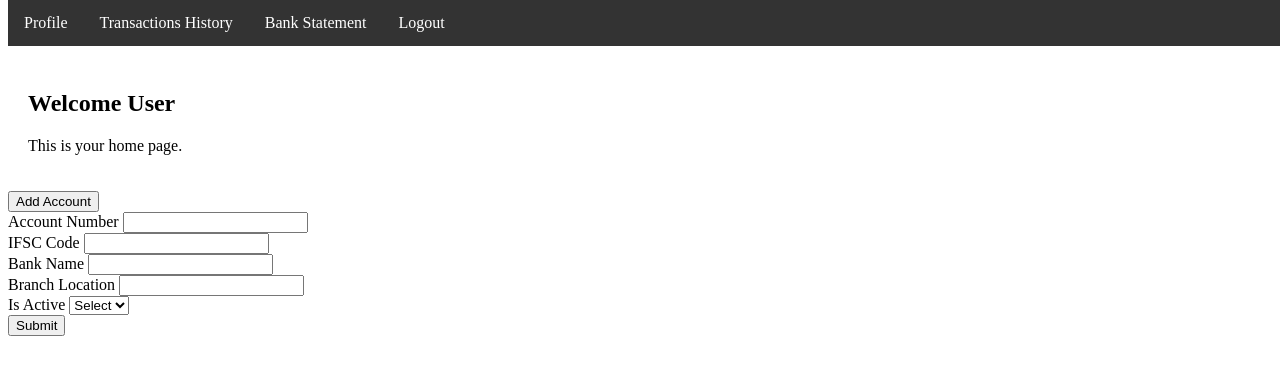
Repository: Yernaidu-laveti/paymentapp
Page: http://localhost/springpaymentapp/WEB-INF/views/index.jsp
These files come from the project's save history. The page is drawn as it stood at one moment and after the next save; the edit follows.
The browser window is 1280 px wide. The pictures show the whole page.
The page is served by Tomcat 10. Nobody is signed in. Other server files are loaded and not shown. The template is opened directly, without the code that normally fills it, so the values that code supplies are empty.

Above is the page before, as saved 2025-04-08 15:47:57.

### springpaymentapp/src/main/webapp/WEB-INF/views/index.jsp

<%@ page language="java" contentType="text/html; charset=UTF-8"
    pageEncoding="UTF-8"%>
<!DOCTYPE html>
<html>
<head>
    <title>Home Page</title>
    <style>
        /* Fixed Navbar Styling */
        .navbar {
            position: fixed;
            top: 0;
            width: 100%;
            background-color: #333;
            overflow: hidden;
        }
        .navbar a {
            float: left;
            display: block;
            color: white;
            text-align: center;
            padding: 14px 16px;
            text-decoration: none;
        }
        .navbar a:hover {
            background-color: #ddd;
            color: black;
        }
        .content {
            margin-top: 50px; /* Space below navbar */
            padding: 20px;
        }
    </style>
</head>
<body>

<!-- Fixed Navbar -->
<div class="navbar">
    <a href="profile">Profile</a>
    <a href="transactions">Transactions History</a>
    <a href="bankStatement">Bank Statement</a>
    <a href="logout">Logout</a>
</div>

<!-- Page Content -->
<div class="content">
    <h2>Welcome User</h2>
    <p>This is your home page.</p>
</div>


<button onclick="showForm()">Add Account</button>

  <div id="accountForm" class="form-container">
    <form onsubmit="submitForm(event)">
      <div class="form-group">
        <label for="accountNumber">Account Number</label>
        <input type="text" id="accountNumber" name="accountNumber" required>
      </div>

      <div class="form-group">
        <label for="ifsc">IFSC Code</label>
        <input type="text" id="ifsc" name="ifsc" required>
      </div>

      <div class="form-group">
        <label for="bankName">Bank Name</label>
        <input type="text" id="bankName" name="bankName" required>
      </div>

      <div class="form-group">
        <label for="branch">Branch Location</label>
        <input type="text" id="branch" name="branch" required>
      </div>

      <div class="form-group">
        <label for="isActive">Is Active</label>
        <select id="isActive" name="isActive" required>
          <option value="">Select</option>
          <option value="true">Yes</option>
          <option value="false">No</option>
        </select>
      </div>

      <button type="submit">Submit</button>
    </form>
  </div>

  <script>
    function showForm() {
      document.getElementById('accountForm').style.display = 'block';
    }

    function submitForm(event) {
      event.preventDefault();
      const data = {
        accountNumber: document.getElementById('accountNumber').value,
        ifsc: document.getElementById('ifsc').value,
        bankName: document.getElementById('bankName').value,
        branch: document.getElementById('branch').value,
        isActive: document.getElementById('isActive').value,
      };
      console.log("Form submitted:", data);
      alert("Account added successfully!");
      // You can send 'data' to your backend here using fetch/ajax
    }
  </script>
</body>
</html>

After the next save:
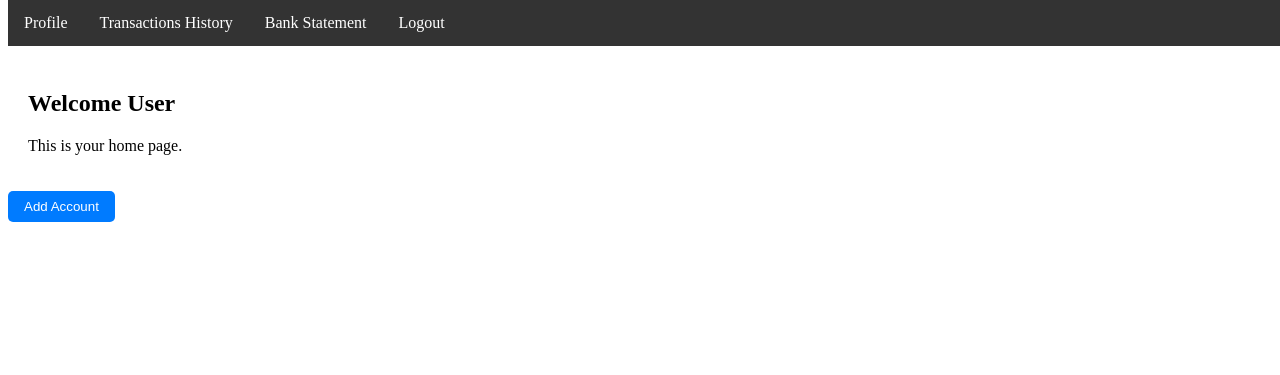
Saved 24 s later.
--- a/springpaymentapp/src/main/webapp/WEB-INF/views/index.jsp
+++ b/springpaymentapp/src/main/webapp/WEB-INF/views/index.jsp
@@ -7,6 +7,40 @@
     <title>Home Page</title>
     <style>
         /* Fixed Navbar Styling */
+		.form-container {
+		   display: none;
+		   margin-top: 20px;
+		   border: 1px solid #ccc;
+		   padding: 20px;
+		   width: 300px;
+		   border-radius: 10px;
+		   background-color: #f9f9f9;
+		 }
+		 .form-group {
+		   margin-bottom: 12px;
+		 }
+		 .form-group label {
+		   display: block;
+		   font-weight: bold;
+		   margin-bottom: 5px;
+		 }
+		 .form-group input, .form-group select {
+		   width: 100%;
+		   padding: 6px;
+		   border: 1px solid #ccc;
+		   border-radius: 5px;
+		 }
+		 button {
+		   padding: 8px 16px;
+		   background-color: #007bff;
+		   color: white;
+		   border: none;
+		   border-radius: 5px;
+		   cursor: pointer;
+		 }
+		 button:hover {
+		   background-color: #0056b3;
+		 }
         .navbar {
             position: fixed;
             top: 0;
